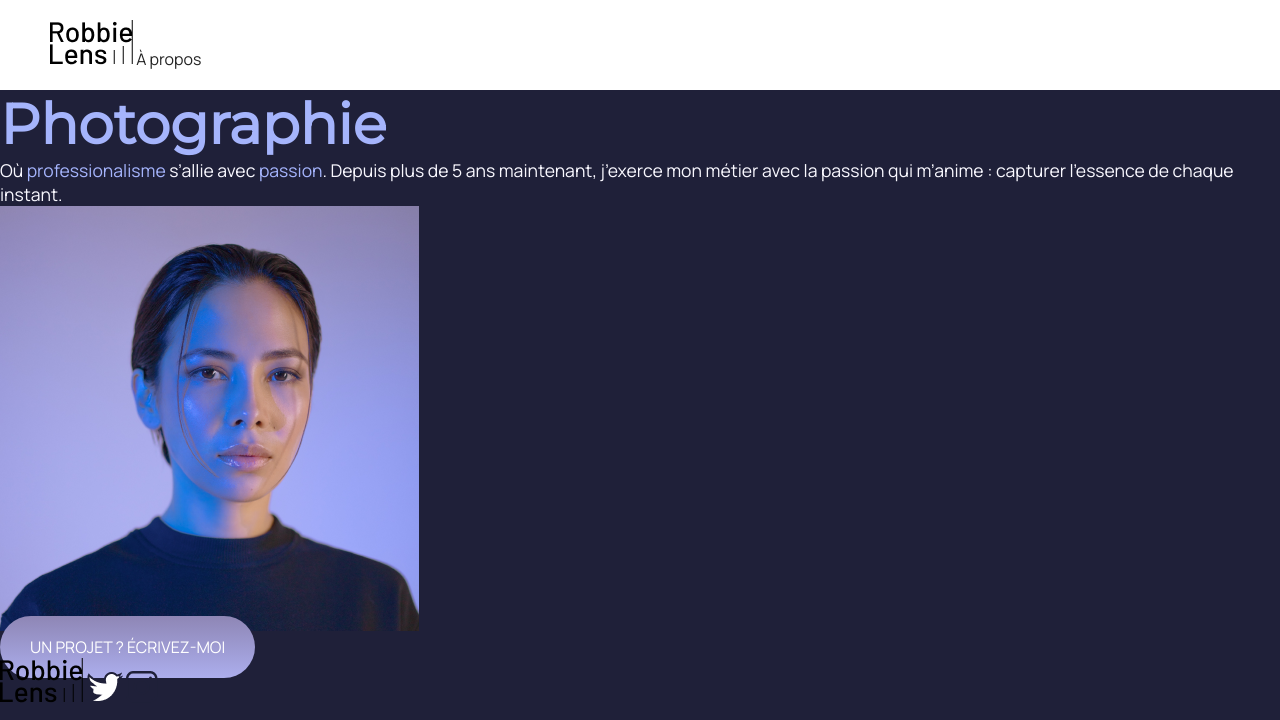
Repository: Coumba25040/coumbaProjet
Page: ExerciceOc/index.html
An editor plug-in stored every save of this project. The page is shown before and after the next save, followed by the edit.
The browser window is 1280 px wide. The pictures show the whole page.

Above is the page before, as saved 2024-11-02 13:45:49.

After the next save:
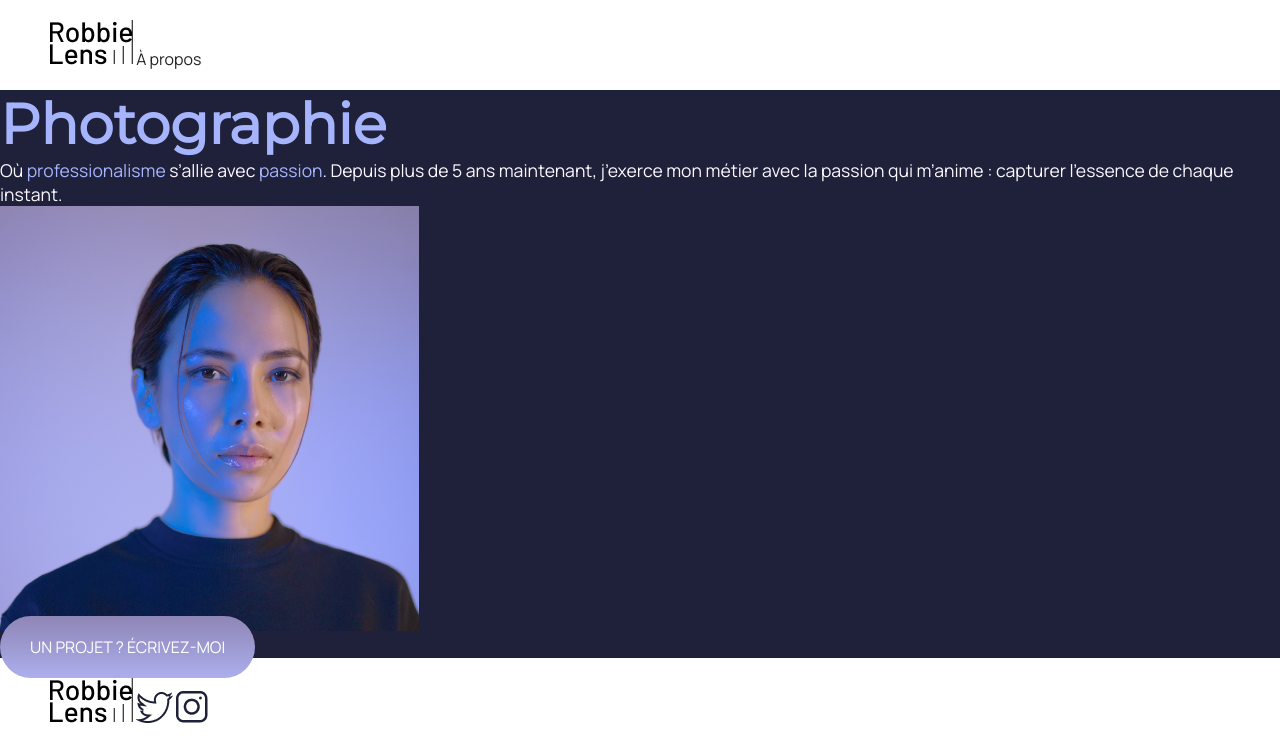
Saved 66 s later.
--- a/ExerciceOc/index.html
+++ b/ExerciceOc/index.html
@@ -29,6 +29,10 @@
     <div>
         <a href="" class="cta">UN PROJET ? ÉCRIVEZ-MOI</a>
     </div>
+
+</main>
+
+<footer>
     <div class="pied-de-page">
         <img src="images/logo.png" alt="Logo Robbie Lens" >
         <a target="_blank" href="https://twitter.com/" class="lien-icone">
